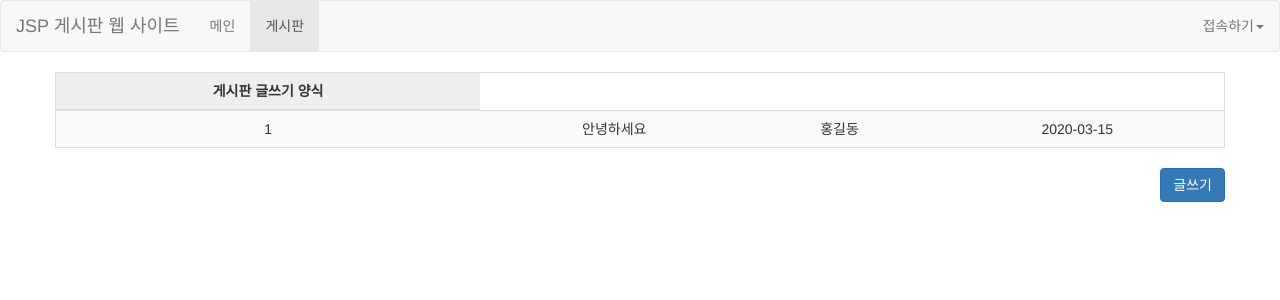
Repository: jk4g2/JSP_BBS
Page: http://localhost/BBS/view.jsp
An editor plug-in stored every save of this project. The page is shown before and after the next save, followed by the edit.
The browser window is 1280 px wide. The pictures show the whole page.
Some web libraries are served in a nearby version. The page is served by Tomcat 9.

Above is the page before, as saved 2020-03-15 23:14:48.

After the next save:
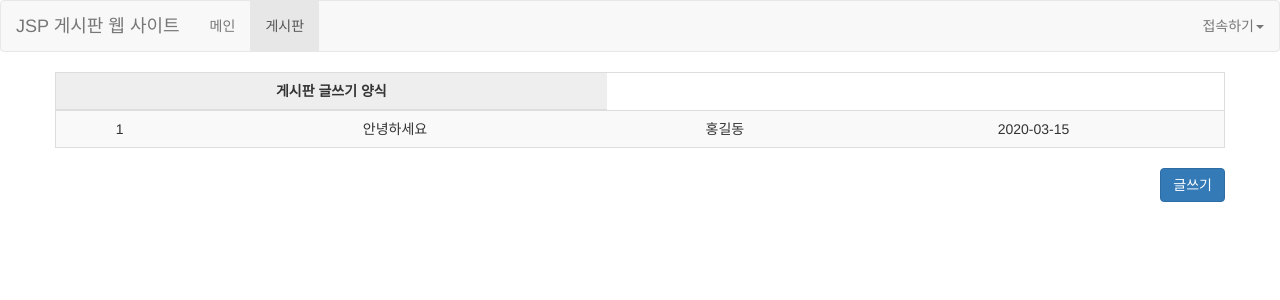
Saved 11 s later.
--- a/BBS/WebContent/view.jsp
+++ b/BBS/WebContent/view.jsp
@@ -71,7 +71,7 @@
 			<table class="table table-striped" style="text-align: center; border: 1px solid #dddddd">
 				<thead>
 					<tr>
-						<th style="background-color: #eeeeee; text-align:center;">게시판 글쓰기 양식</th>
+						<th colspan="2" style="background-color: #eeeeee; text-align:center;">게시판 글쓰기 양식</th>
 					</tr>
 				</thead>
 				<tbody>
